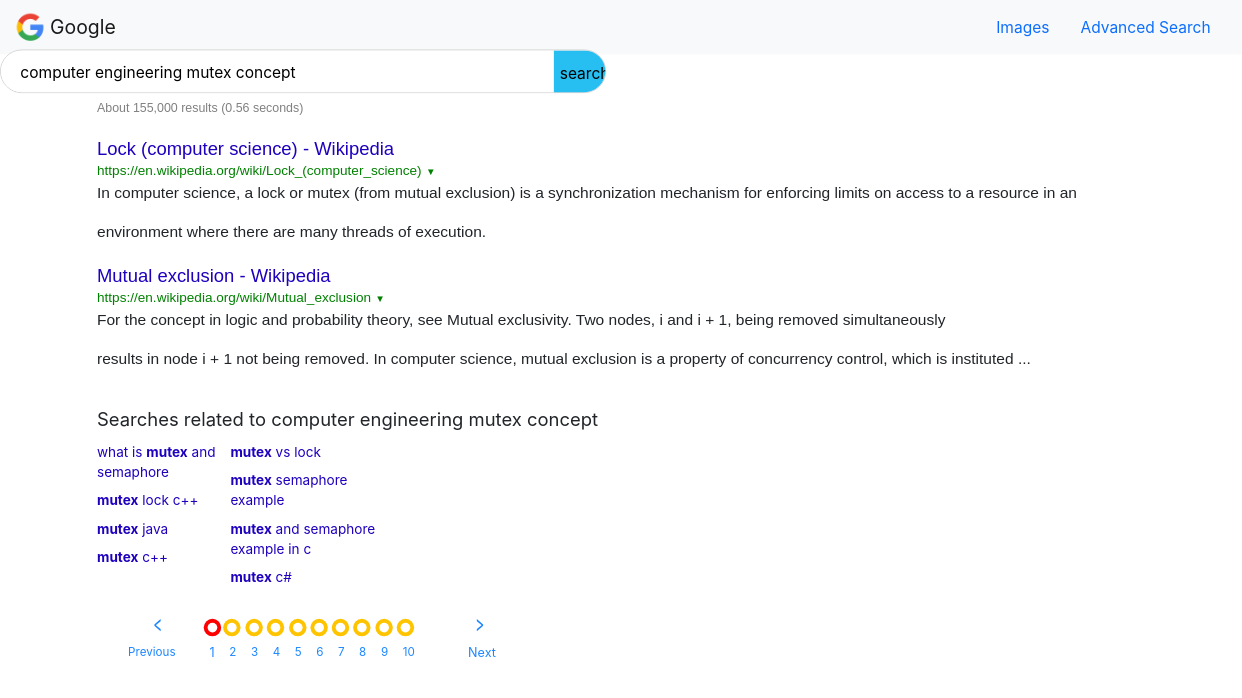
Repository: hego-team/hego-frontend
Page: /search
The author's editor kept a copy of each file at every save. The page is drawn from the files as they stood at one save, then again after a run of saves.
The browser window is 1280 px wide. The pictures show the whole page, at 97% of full size.
The project was rebuilt for these pictures with package versions that can differ from the ones it lists, and the page was loaded fresh each time.

Above is the page before, as saved 2022-05-15 02:33:26.

### index.html
<!DOCTYPE html>
<html>
  <head>
    <meta charset="utf-8">
    <link rel ="shortcut icon" type="image/x-icon" href="static/google_icon.ico">
    <title>hego-frontend</title>
  </head>
  <body>
    <div id="app"></div>
    <!-- built files will be auto injected -->
  </body>
</html>

### src/main.js
// The Vue build version to load with the `import` command
// (runtime-only or standalone) has been set in webpack.base.conf with an alias.
import Vue from 'vue'
import App from './App'
import router from './router'
import axios from 'axios'
axios.defaults.baseURL = 'http://localhost:8443/api'

Vue.prototype.$axios = axios
Vue.config.productionTip = false

/* eslint-disable no-new */
new Vue({
  el: '#app',
  router,
  components: { App },
  template: '<App/>'
})

### src/router/index.js
import Vue from 'vue'
import Router from 'vue-router'
import SearchEngine from '@/components/SearchEngine'
import SearchResult from '@/components/SearchResult'

Vue.use(Router)

export default new Router({
  mode: "history",
  routes: [
    {
      path: '/home',
      name: 'searchEngine',
      component: SearchEngine
    },
    {
      path: '/search',
      name: 'SearchResult',
      component: SearchResult
    }
  ]
})

### src/components/SearchEngine.vue
<template>

  <div id="searchEngine">
    <NavMenu></NavMenu>
    <div class="search">
      <a href="#" >
          <img class="center" src="../assets/img/googlelogo_color.png" alt="Google-Logo" id="big-logo">
      </a>

      <div class="form-group" style="margin-top: 15px;">
        <input type="text center" class="form-control col-6" id="q" name="q" placeholder="Search" v-model="query">
      </div>
      <div class="form-group center padding">
          <button type="submit" class="btn btn-primary" id="google-button" v-on:click="submit">Google Search</button>
      </div>
    </div>
  </div>
</template>

<script>
import NavMenu from "./NavMenu.vue"
export default {
    name: "SearchEngine",
    components: { NavMenu },
    data() {
        return {
            query: "",
            resp: []
        };
    },
    methods: {
        submit() {
          this.$router.replace({ path: '/search' });
            /**
            var _this = this;
            var query = this.query;
            var url = "search/" + query;
            this.$axios.get(url).then(resp => {
                if (successResponse.data.code == 200) {
                    this.$router.replace({ path: url });
                }
            });
            */
        }
    }
}
</script>

<!-- Add "scoped" attribute to limit CSS to this component only -->
<style scoped>
@import "../styles/search.css";
@import "https://cdn.jsdelivr.net/npm/bootstrap@5.1.3/dist/css/bootstrap.min.css";
@import "https://stackpath.bootstrapcdn.com/bootstrap/4.5.0/css/bootstrap.min.css";
</style>

### src/components/SearchResult.vue
<template>
  <div id="SearchResult">
    <NavMenu></NavMenu>

    <div id="searchbar" type="text">
      <input id="searchbartext" type="text" value="computer engineering mutex concept" />
      <button id="searchbarbutton">search</button>


    </div>

    <div id="searchresultsarea">
        <p id="searchresultsnumber">About 155,000 results (0.56 seconds) </p>
        <div class="searchresult">
            <h2>Lock (computer science) - Wikipedia</h2>
            <a>https://en.wikipedia.org/wiki/Lock_(computer_science)</a> <button>▼</button>
            <p>In computer science, a lock or mutex (from mutual exclusion) is a synchronization mechanism for enforcing limits on access to a resource in an</p>
            <p> environment where there are many threads of execution.</p>
        </div>

        <div class="searchresult">
            <h2>Mutual exclusion - Wikipedia</h2>
            <a>https://en.wikipedia.org/wiki/Mutual_exclusion</a> <button>▼</button>
            <p>For the concept in logic and probability theory, see Mutual exclusivity. Two nodes, i and i + 1, being removed simultaneously</p>
            <p>results in node i + 1 not being removed. In computer science, mutual exclusion is a property of concurrency control, which is instituted ...</p>
        </div>
    </div>

    <div class="relatedsearches">
      <h3>Searches related to computer engineering mutex concept</h3>
      <div class="relatedlists">
          <ul class="relatedleft">
              <li>what is <b>mutex</b> and semaphore</li>
              <li><b>mutex</b> lock c++</li>
              <li><b>mutex</b> java</li>
              <li><b>mutex</b> c++</li>
          </ul>
          <ul class="relatedright">
              <li><b>mutex</b> vs lock</li>
              <li><b>mutex</b> semaphore example</li>
              <li><b>mutex</b> and semaphore example in c</li>
              <li><b>mutex</b> c#</li>
          </ul>
      </div>

    </div>

    <div class="pagebar">
      <ul class="pagelist">
          <li class="pagelistprevious">Previous</li>
          <li class="pagelistfirst">1</li>
          <li class="pagelistnumber">2</li>
          <li class="pagelistnumber">3</li>
          <li class="pagelistnumber">4</li>
          <li class="pagelistnumber">5</li>
          <li class="pagelistnumber">6</li>
          <li class="pagelistnumber">7</li>
          <li class="pagelistnumber">8</li>
          <li class="pagelistnumber">9</li>
          <li class="pagelistnumber">10</li>
          <li class="pagelistnext">Next</li>
      </ul>
    </div>



  </div>
</template>

<script>
import NavMenu from "./NavMenu.vue"
export default {
  name: "SearchResult",
  components: {NavMenu}

}
</script>

<style scoped>
@import "../styles/result.css"
</style>

### src/styles/search.css
.search {
  display: block;
  margin: auto;
  margin-top: 10%; }

.as_search {
  margin: auto;
  padding: auto; }

.title {
  color: #d93025;
  font-size: 20px;
  margin-top: 20px;
  margin-left: 20px; }

.overlap {
  position: relative; }

.logo-subtext {
  color: #4285f4;
  font: 16px/16px roboto-regular, arial, sans-serif;
  white-space: nowrap;
  position: absolute;
  margin-left: 60%; }

.center {
  display: block;
  margin-left: auto;
  margin-right: auto;
  width: 50%; }

.padding {
  padding-left: 35px; }

#big-logo {
  width: 300px; }

#google-button {
  background-color: #f2f2f2;
  color: rgba(0, 0, 0, 0.473);
  border: none;
  position: center; }


#q {
  border-radius: 50px;
  margin: auto;
  padding-left: 20px; }

### src/components/NavMenu.vue
<template>
    <div id="searchEngine">
        <nav class="navbar navbar-light bg-light">
            <a class="navbar-brand" href="search.html">
                <img src="../assets/img/google-logo.png" width="30" height="30" class="d-inline-block align-top" alt="" loading="lazy">
                Google
            </a>
            <ul class="nav justify-content-end">
                <li class="nav-item">
                <a class="nav-link" href="images_search.html">Images</a>
                </li>
                <li class="nav-item">
                <a class="nav-link" href="adv_search.html">Advanced Search</a>
                </li>
            </ul>
        </nav>
    </div>
</template>

<script>
  export default {
    name: 'NavMenu'
  }
</script>

<style scoped>
@import "../styles/search.css";
@import "https://cdn.jsdelivr.net/npm/bootstrap@5.1.3/dist/css/bootstrap.min.css";
@import "https://stackpath.bootstrapcdn.com/bootstrap/4.5.0/css/bootstrap.min.css";
</style>

### src/styles/result.css
#searchbarbutton {
  height: 45px;
  width: 55px;
  position: relative;
  margin-right: -2px;
  background-color: rgba(6, 181, 239, 0.868);
}

#searchbarbutton svg {
  height: 25px;
  width: 35px;
  position: relative;
  left: -3px;
}

#searchbarbutton svg path {
  fill: #4285f4;
}

#searchbar {
  width: 625px;
  height: 45px;
  border-radius: 100px;
  border-color: lightgray;
  border-style: solid;
  border-width: 1px;
  font-size: 16px;
  position: relative;
  bottom: 5px;
  overflow: hidden;
  display: flex;
  z-index: 100;
}

#searchbar:hover {
  box-shadow: 0px 2px 5px rgba(0, 0, 0, 0.1);
}

#searchbar > input {
  height: 45px;
  border-style: none;
  font-size: 16px;
  line-height: 45px;
  padding-left: 20px;
  flex: 1;
}

#searchbar > input:focus {
  outline: none;
}

#searchbar button {
  border: none;
  cursor: pointer;
}

#searchbar button:focus {
  outline: none;
}

#searchresultsarea {
  margin-left: 100px;
  font-family: "Arial";
}

#searchresultsnumber {
  font-size: 0.8rem;
  color: gray;
}

.searchresult h2 {
  font-size: 19px;
  line-height: 18px;
  font-weight: normal;
  color: rgb(29, 1, 189);
  margin-bottom: 0px;
  margin-top: 25px;
}

.searchresult a {
  font-size: 14px;
  line-height: 14px;
  color: green;
  margin-bottom: 0px;
}

.searchresult button {
  font-size: 10px;
  line-height: 14px;
  color: green;
  margin-bottom: 0px;
  padding: 0px;
  border-width: 0px;
  background-color: white;
}

.relatedsearches h3 {
  font-weight: normal;
  font-size: 19px;
  margin-top: 40px;
  margin-bottom: 10px;
  margin-left: 100px;
}

.relatedlists ul {
  list-style: none;
  color: rgb(29, 1, 189);
  padding-left: 0px;
  font-size: 14px;
  margin-bottom: 50px;

}

.relatedlists {
  display: flex;
  flex-direction: row;
  justify-content: space-between;
  width: 300px;
  margin-left: 100px;
}

.relatedlists ul li {
  margin-bottom: 8px;
}

.pagelist {
  list-style: none;
  color: rgb(29, 135, 255);
  display: flex;
  flex-direction: row;
  font-size: 12px;
  margin-bottom: 30px;
  margin-left: 100px;
}

.pagelistprevious::before {
  content: "<";
  display: block;
  position: absolute;
  right: 12px;
  top: -35px;
  color: rgb(29, 135, 255);
  font-size: 20px;
  transform: scale(0.7, 1.2);
}

.pagelistprevious::after {
  content: "";
  display: block;
  position: absolute;
  right: -40px;
  top: -35px;
  width: 40px;
  height: 40px;
  background-repeat: no-repeat;
  background-size: 28px;
}

.pagelistfirst {
  margin-left: 20px;
  font-size: 13px;
}

.pagelistnumber::before,
.pagelistfirst::before {
  content: "";
  display: block;
  position: absolute;
  left: -2px;
  top: -21px;
  border-radius: 50px;
  width: 10px;
  height: 10px;
  background-color: white;
  z-index: 3;
}

.pagelistnumber::after {
  content: "";
  display: block;
  position: absolute;
  left: -6px;
  top: -25px;
  border-radius: 50px;
  width: 18px;
  height: 18px;
  background-color: rgb(255, 196, 0);
  z-index: 2;
}

.pagelistfirst::after {
  content: "";
  display: block;
  position: absolute;
  left: -6px;
  top: -25px;
  border-radius: 50px;
  width: 18px;
  height: 18px;
  background-color: red;
  z-index: 2;
}

.pagelist li {
  margin-right: 15px;
  position: relative;
}

.pagelistnext {
  margin-left: 40px;
  font-size: 13px;
}

.pagelistnext::before {
  content: ">";
  display: block;
  position: absolute;
  left: 5px;
  top: -35px;
  color: rgb(29, 135, 255);
  font-size: 20px;
  transform: scale(0.7, 1.2);
}

.pagelistnext::after {
  content: "";
  display: block;
  position: absolute;
  left: -55px;
  top: -37px;
  width: 50px;
  height: 50px;
  background-repeat: no-repeat;
  background-size: 48px;
}

Loaded but not shown: src/App.vue (common file)

After the next 2 saves:
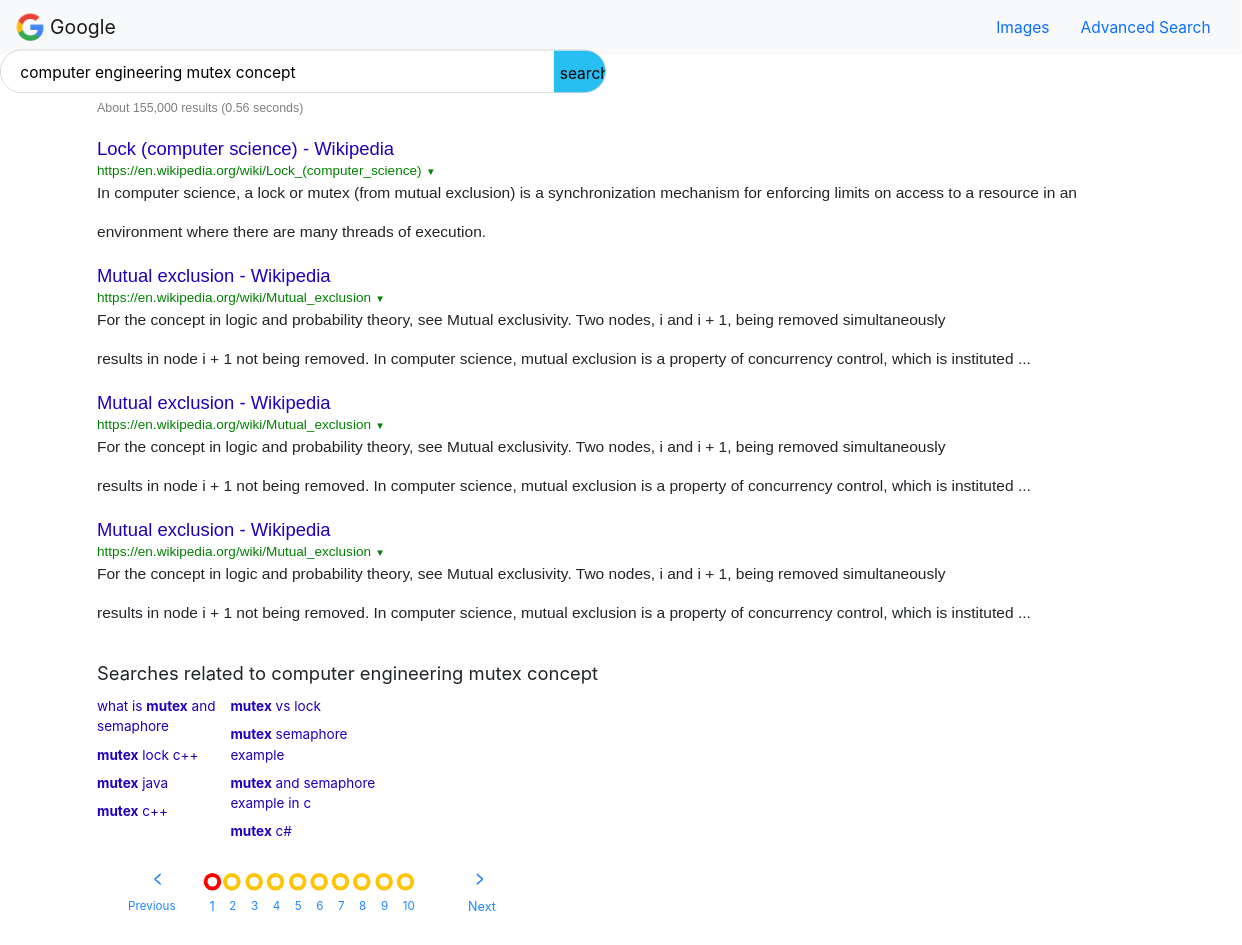
The 2 saves are shown as one change because they came seconds apart.
The last was saved 21 s later.
--- a/src/components/SearchResult.vue
+++ b/src/components/SearchResult.vue
@@ -19,6 +19,20 @@
         </div>
 
         <div class="searchresult">
+            <h2>Mutual exclusion - Wikipedia</h2>
+            <a>https://en.wikipedia.org/wiki/Mutual_exclusion</a> <button>▼</button>
+            <p>For the concept in logic and probability theory, see Mutual exclusivity. Two nodes, i and i + 1, being removed simultaneously</p>
+            <p>results in node i + 1 not being removed. In computer science, mutual exclusion is a property of concurrency control, which is instituted ...</p>
+        </div>
+
+                <div class="searchresult">
+            <h2>Mutual exclusion - Wikipedia</h2>
+            <a>https://en.wikipedia.org/wiki/Mutual_exclusion</a> <button>▼</button>
+            <p>For the concept in logic and probability theory, see Mutual exclusivity. Two nodes, i and i + 1, being removed simultaneously</p>
+            <p>results in node i + 1 not being removed. In computer science, mutual exclusion is a property of concurrency control, which is instituted ...</p>
+        </div>
+
+                <div class="searchresult">
             <h2>Mutual exclusion - Wikipedia</h2>
             <a>https://en.wikipedia.org/wiki/Mutual_exclusion</a> <button>▼</button>
             <p>For the concept in logic and probability theory, see Mutual exclusivity. Two nodes, i and i + 1, being removed simultaneously</p>
